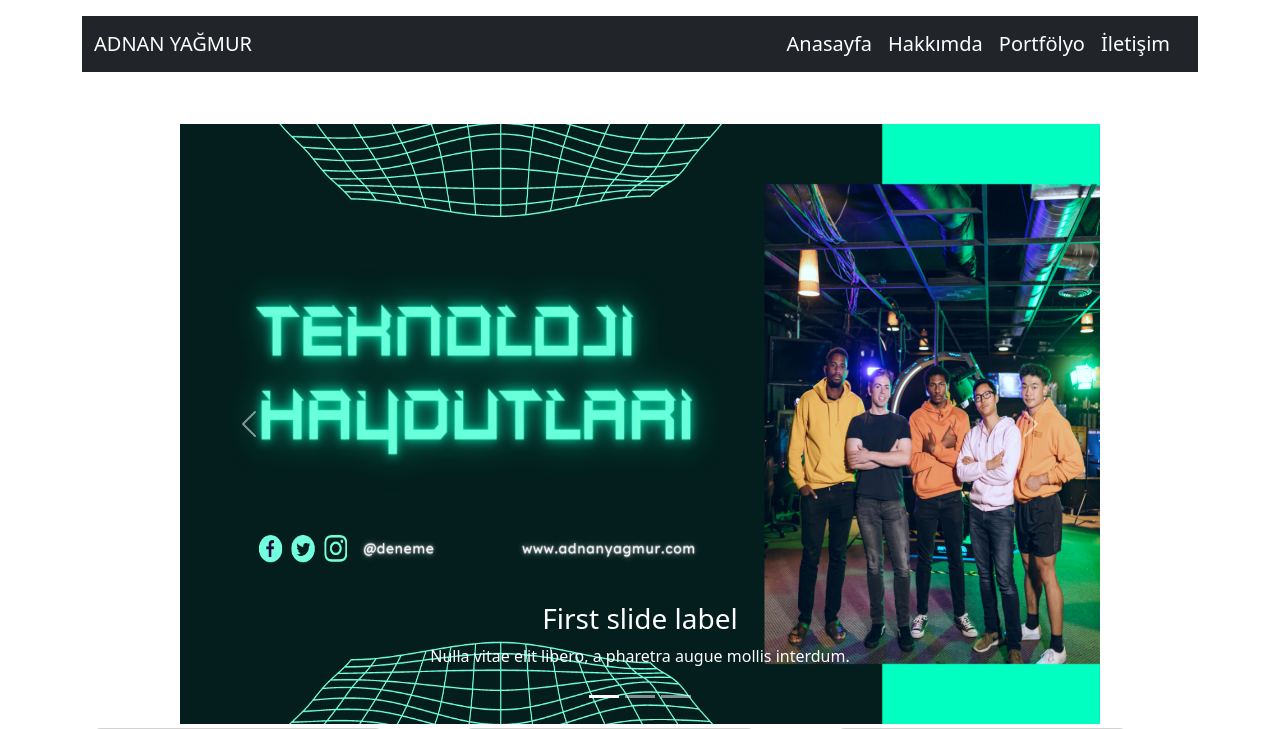
Repository: adnanyagmur/react-bootstrap-example
Page: /
The author's editor kept a copy of each file at every save. The page is drawn from the files as they stood at one save, then again after the next save.
The browser window is 1280 px wide. The pictures show the part of the page from y = 0 to 729 px (the page is 1684 px tall before and 1692 px after).
Pictures or frames that could not be fetched are drawn as grey boxes. The project was rebuilt for these pictures with package versions that can differ from the ones it lists, and the page was loaded fresh each time.

Above is the page before, as saved 2022-06-29 11:28:10.

### src/index.js
import React from 'react';
import ReactDOM from 'react-dom/client';
import '../node_modules/bootstrap/dist/css/bootstrap.min.css';
import SSRProvider from 'react-bootstrap/SSRProvider';
import App from './App';


const root = ReactDOM.createRoot(document.getElementById('root'));
root.render(
  <React.StrictMode>
  <SSRProvider>
  <App />
</SSRProvider>
  </React.StrictMode>
);

### src/App.js
import { Container } from "react-bootstrap";
import  Appbar  from "./appComponents/Appbar.jsx";
import AppContainer from "./appComponents/AppContainer.jsx";
import Slider from "./appComponents/Slider.jsx";

function App() {

 return (
<Container>


<Appbar></Appbar>

<Slider></Slider>


  <AppContainer></AppContainer>
  </Container>
  );
}

export default App;

### src/appComponents/Appbar.jsx

const Appbar =()=>{

    return(
        <>
  <nav className="navbar navbar-dark bg-dark mb-5 mt-3">
  <div className="container-fluid">
    <a href="/" className="navbar-brand">ADNAN YAĞMUR</a>
    <form className="d-flex" role="search">
    <a href="/" className="navbar-brand">Anasayfa</a>
    <a href="/" className="navbar-brand">Hakkımda</a>
    <a href="/" className="navbar-brand">Portfölyo</a>
    <a href="/" className="navbar-brand">İletişim</a>

    </form>
  </div>
</nav>

</>
    )
}

export default Appbar;

### src/appComponents/AppContainer.jsx
import {Container,Card,Button, Row, Col} from "react-bootstrap"

const AppContainer = () => {

    return (
       <Container>
        <Row>
        <Col sm={8}>

            </Col>
        <Col sm={4}>

        </Col>

        </Row>
        <Row>
            <Col><Card style={{ width: '18rem' }}>

                <Card.Img className="p-3" variant="top" src="https://picsum.photos/200/200" />

                <Card.Body>
                    <Card.Title>Card Title</Card.Title>
                    <Card.Text>
                        Some quick example text to build on the card title and make up the bulk of
                        the card's content.
                    </Card.Text>
                    <Button variant="primary">Go somewhere</Button>
                </Card.Body>
            </Card></Col>
            <Col><Card style={{ width: '18rem' }}>

                <Card.Img className="p-3" variant="top" src="https://picsum.photos/200/200" />

                <Card.Body>
                    <Card.Title>Card Title</Card.Title>
                    <Card.Text>
                        Some quick example text to build on the card title and make up the bulk of
                        the card's content.
                    </Card.Text>
                    <Button variant="primary">Go somewhere</Button>
                </Card.Body>
            </Card></Col>
            <Col><Card style={{ width: '18rem' }}>

                <Card.Img className="p-3" variant="top" src="https://picsum.photos/200/200" />

                <Card.Body>
                    <Card.Title>Card Title</Card.Title>
                    <Card.Text>
                        Some quick example text to build on the card title and make up the bulk of
                        the card's content.
                    </Card.Text>
                    <Button variant="primary">Go somewhere</Button>
                </Card.Body>
            </Card></Col>
            <Col>
            <Card style={{ width: '18rem' }}>

                <Card.Img className="p-3" variant="top" src="https://picsum.photos/200/200" />

                <Card.Body>
                    <Card.Title>Card Title</Card.Title>
                    <Card.Text>
                        Some quick example text to build on the card title and make up the bulk of
                        the card's content.
                    </Card.Text>
                    <Button variant="primary">Go somewhere</Button>
                </Card.Body>
            </Card>
            </Col>
            </Row>
            </Container>


    )
}

export default AppContainer;

### src/appComponents/Slider.jsx
import { Carousel, Col, Container, Row, } from "react-bootstrap"
import Logo1 from "../assets/Logo1.png";
import Logo2 from "../assets/Logo2.png";
import Logo3 from "../assets/Logo3.png";

const Slider = () => {

  return (

  <Container className="p-1">
    <Row>
      <Col sm={1}></Col>
      <Col>
        <Carousel>
          <Carousel.Item interval={1000}>
            <img
              className="d-block w-100"
              src={Logo1}
              alt="First slide"
              height="600"
            />
            <Carousel.Caption>
              <h3>First slide label</h3>
              <p>Nulla vitae elit libero, a pharetra augue mollis interdum.</p>
            </Carousel.Caption>
          </Carousel.Item>
          <Carousel.Item interval={1000}>
            <img
              className="d-block w-100"
              src={Logo2}
              alt="Second slide"
              height="600"
            />
            <Carousel.Caption>
              <h3>Second slide label</h3>
              <p>Lorem ipsum dolor sit amet, consectetur adipiscing elit.</p>
            </Carousel.Caption>
          </Carousel.Item>
          <Carousel.Item interval={1000}>
            <img
              className="d-block w-100"
              src={Logo3}
              alt="Third slide"
              height="600"
            />
            <Carousel.Caption>
              <h3>Third slide label</h3>
              <p>Praesent commodo cursus magna, vel scelerisque nisl consectetur.</p>
            </Carousel.Caption>
          </Carousel.Item>
        </Carousel>
      </Col>
      <Col sm={1}>
      </Col>
    </Row>
  </Container>

  )
}
export default Slider;

Loaded but not shown: public/index.html (common file)

After the next save:
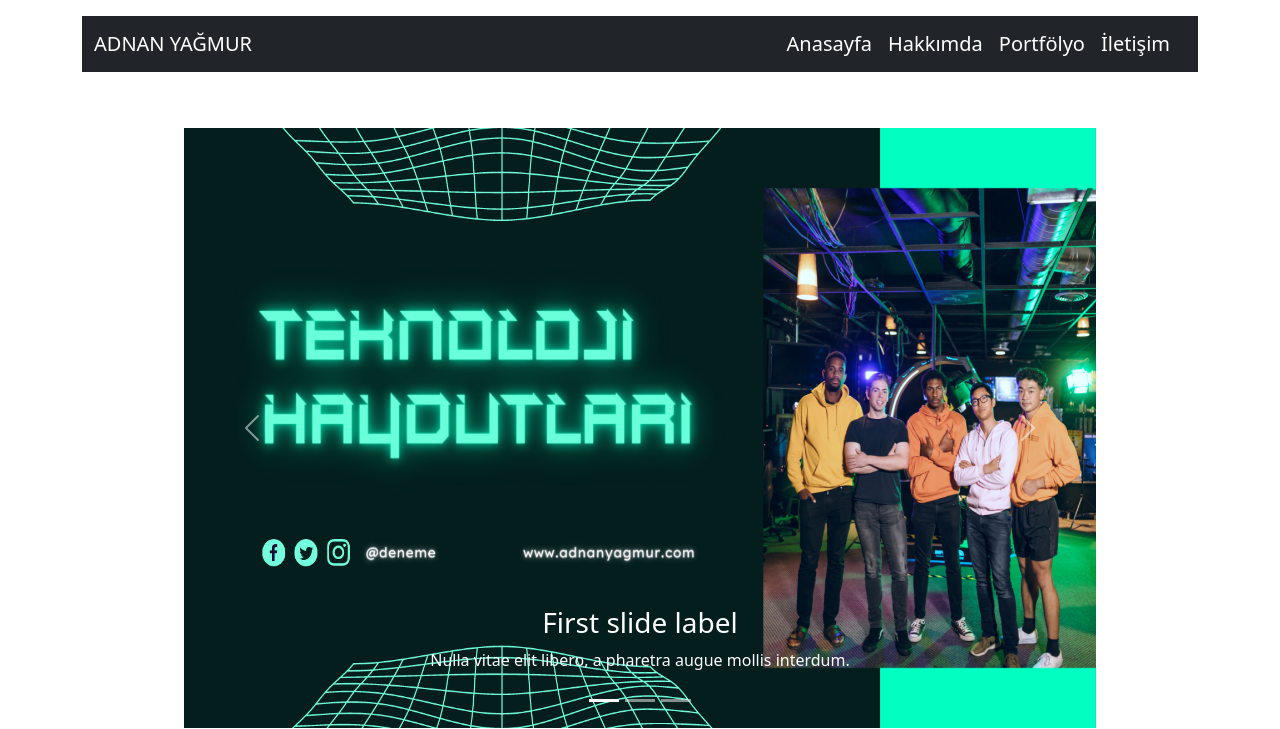
Saved 5 s later.
--- a/src/appComponents/Slider.jsx
+++ b/src/appComponents/Slider.jsx
@@ -7,7 +7,7 @@
 
   return (
 
-  <Container className="p-1">
+  <Container className="p-2">
     <Row>
       <Col sm={1}></Col>
       <Col>

After the save that followed:
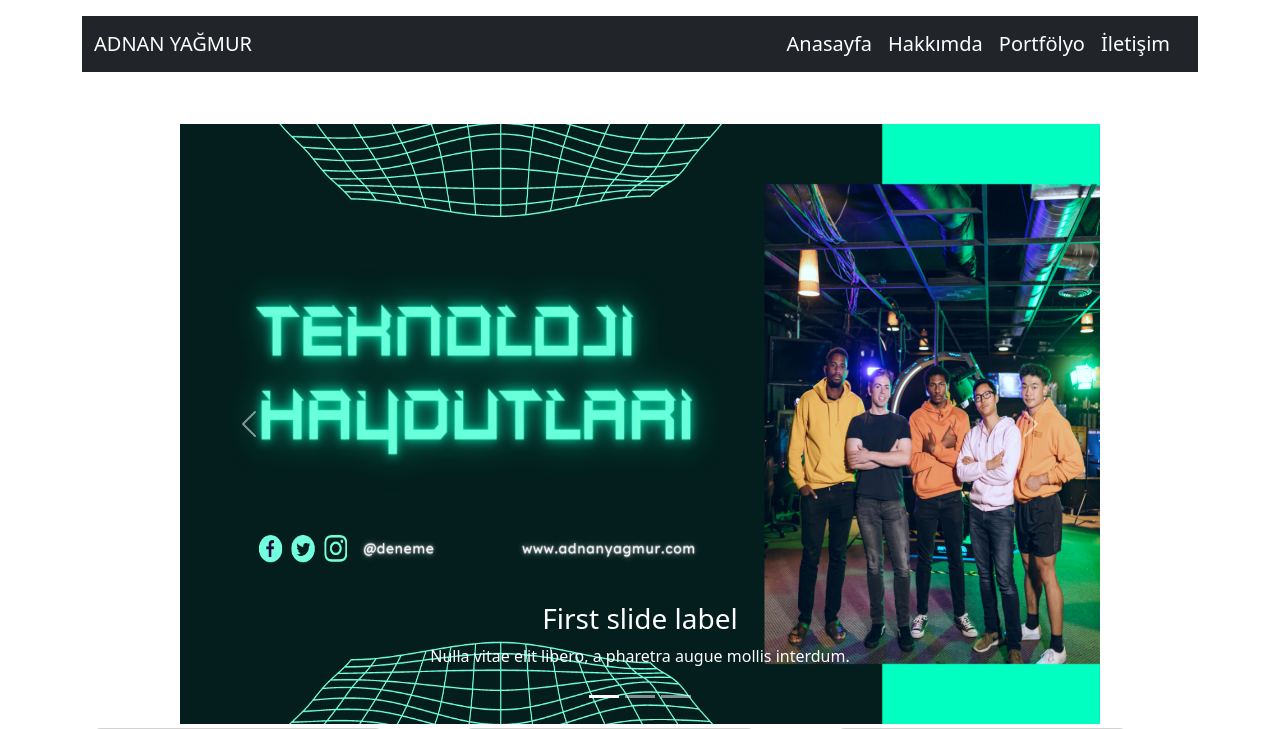
Saved 4 s later.
--- a/src/appComponents/Slider.jsx
+++ b/src/appComponents/Slider.jsx
@@ -7,7 +7,7 @@
 
   return (
 
-  <Container className="p-2">
+  <Container className="p-1">
     <Row>
       <Col sm={1}></Col>
       <Col>
